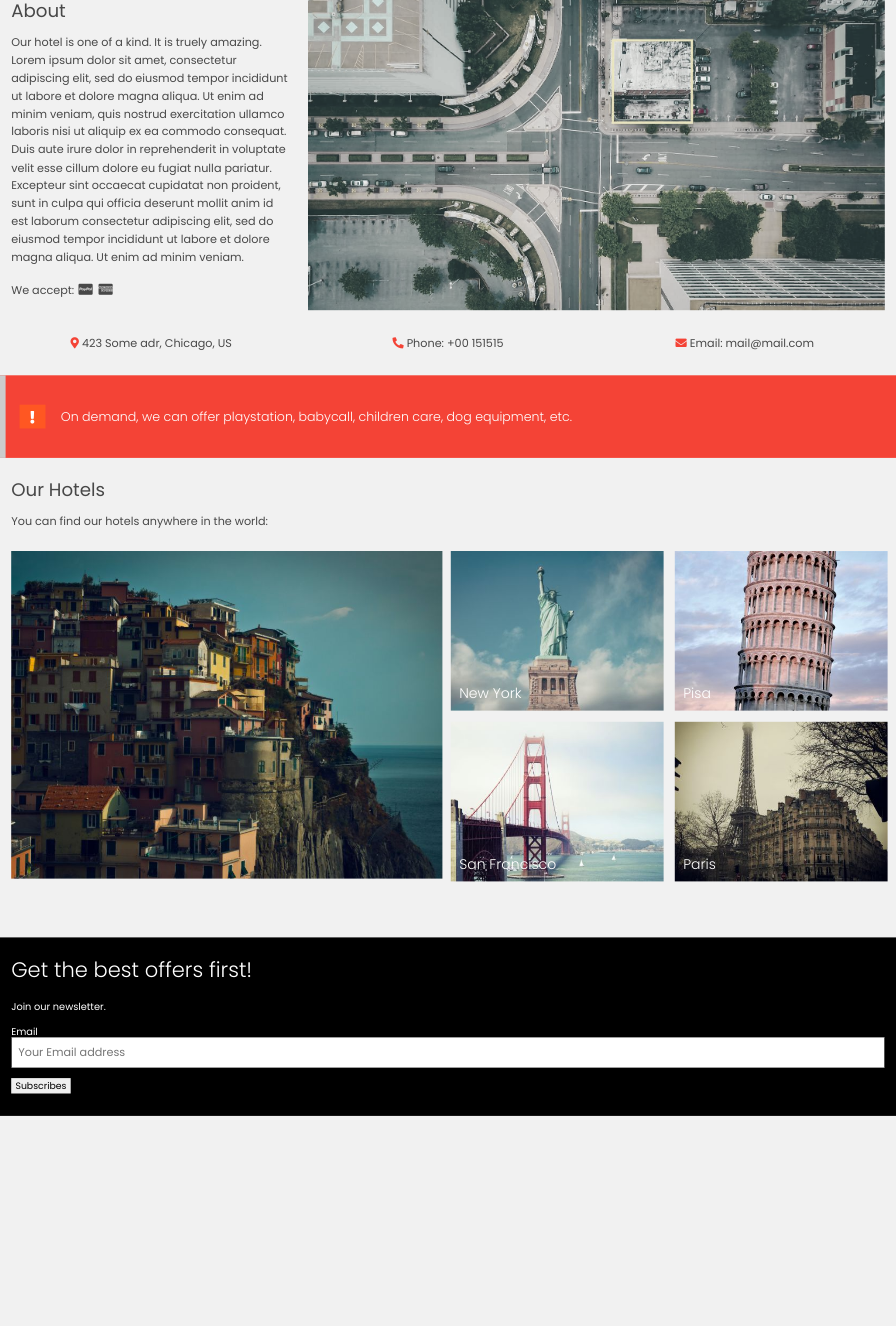
Repository: phamhuuloc/Travel_Template
Page: index.html
These files come from the project's save history. The page is drawn as it stood at one moment and after the next save; the edit follows.
The browser window is 1280 px wide. The pictures show the part of the page from y = 1573 to 3493 px (the page is 3467 px tall before and 3493 px after), at 70% of full size.
The style sheet was rebuilt from its Sass, Less or Tailwind sources for each picture, by a compiler version that may differ from the author's.

Above is the page before, as saved 2021-09-18 16:17:56.

### index.html
<!DOCTYPE html>
<html lang="en">
  <head>
    <meta charset="UTF-8" />
    <meta http-equiv="X-UA-Compatible" content="IE=edge" />
    <meta name="viewport" content="width=device-width, initial-scale=1.0" />
    <title>Document</title>
    <!-- FONT AWESOME -->
    <link
      rel="stylesheet"
      href="https://cdnjs.cloudflare.com/ajax/libs/font-awesome/5.15.4/css/all.min.css"
      integrity="sha512-1ycn6IcaQQ40/MKBW2W4Rhis/DbILU74C1vSrLJxCq57o941Ym01SwNsOMqvEBFlcgUa6xLiPY/NS5R+E6ztJQ=="
      crossorigin="anonymous"
      referrerpolicy="no-referrer"
    />
    <!-- GOOGLE FONT -->
    <link
      href="https://fonts.googleapis.com/css2?family=Poppins:wght@50;300;400&display=swap"
      rel="stylesheet"
    />
    <!-- CSS -->
    <link rel="stylesheet" href="./assets/resets.css" />
    <link rel="stylesheet" href="./assets/grid.css" />
    <link rel="stylesheet" href="./assets/main.css" />
  </head>
  <body>
    <div class="grids">
      <header class="header">
        <div class="logo">
          <i class="fas fa-bed logo__icon"></i>
          Logo
        </div>
        <div class="header__menu">
          <ul class="header__menu-list">
            <li class="header__menu-item">Rooms</li>
            <li class="header__menu-item">About</li>
            <li class="header__menu-item">Contact</li>
          </ul>
          <button class="btn book-btn">Book Nows</button>
        </div>
      </header>
      <section class="intro">
        <img src="./assets/img/hotel.jpg" alt="" class="intro__img" />
        <form class="form-login">
          <div class="form-login__heading">
            <i class="fas fa-bed logo__icon intro-icon"></i>
            <h2 class="form-login__name">Hotel name</h2>
          </div>
          <div class="form-container">
            <div class="row">
              <div class="form__item col l-6">
                <label class="form__item-category">
                  <i class="far fa-calendar form__item-icon"></i>
                  Check Ins
                </label>
                <input
                  type="text"
                  class="form__item-input"
                  placeholder="DD MM YY"
                />
              </div>
              <div class="form__item col l-6">
                <label class="form__item-category">
                  <i class="far fa-calendar form__item-icon"></i>
                  Check Out
                </label>
                <input
                  type="text"
                  class="form__item-input"
                  placeholder="DD MM YY"
                />
              </div>
            </div>
            <div class="row">
              <div class="form__item col l-6">
                <label class="form__item-category">
                  <i class="fas fa-male form__item-icon"></i>
                  Adults
                </label>
                <input
                  type="number"
                  value="1"
                  min="1"
                  max="6"
                  class="form__item-input"
                />
              </div>
              <div class="form__item col l-6">
                <label class="form__item-category">
                  <i class="fas fa-child form__item-icon"></i>
                  Kids
                </label>
                <input
                  type="number"
                  value="0"
                  min="0"
                  max="6"
                  class="form__item-input"
                />
              </div>
            </div>
            <button class="search-btn">
              <i class="fas fa-search search-icon"></i>Search availability
            </button>
          </div>
        </form>
      </section>

      <section class="option-room">
        <div class="option-container">
          <h3 class="option-container__title">Rooms</h3>
          <span class="option-container__desc"
            >Make yourself at home is our slogan. We offer the best beds in the
            industry. Sleep well and rest well.</span
          >
          <!-- FORM LOGIN  -->
          <div class="form-container option-container__form">
            <div class="row">
              <div class="form__item col l-3">
                <label class="form__item-category">
                  <i class="far fa-calendar form__item-icon"></i>
                  Check Ins
                </label>
                <input
                  type="text"
                  class="form__item-input"
                  placeholder="DD MM YY"
                />
              </div>
              <div class="form__item col l-3">
                <label class="form__item-category">
                  <i class="far fa-calendar form__item-icon"></i>
                  Check Out
                </label>
                <input
                  type="text"
                  class="form__item-input"
                  placeholder="DD MM YY"
                />
              </div>
              <div class="form__item col l-2">
                <label class="form__item-category">
                  <i class="fas fa-male form__item-icon"></i>
                  Adults
                </label>
                <input
                  type="number"
                  value="1"
                  min="1"
                  max="6"
                  class="form__item-input"
                />
              </div>
              <div class="form__item col l-2">
                <label class="form__item-category">
                  <i class="fas fa-child form__item-icon"></i>
                  Kids
                </label>
                <input
                  type="number"
                  value="0"
                  min="0"
                  max="6"
                  class="form__item-input"
                />
              </div>
              <!-- BUTTON F0RM LOGIN -->
              <div class="form__item col l-2">
                <label class="form__item-category">
                  <i class="fas fa-search"></i> Search</label
                >
                <button class="search-btn search-btn--full">Search</button>
              </div>
            </div>
          </div>
          <div class="category-room">
            <ul class="category-room__list row">
              <li class="category-room__item col l-4">
                <img
                  src="./assets/img/room_single.jpg"
                  alt=""
                  class="category-room__img"
                />
                <div class="category-room__details">
                  <h3 class="category-room__title">Single Room</h3>
                  <span class="category-room__price">From $99</span>
                  <span class="category-room__charac">Single bed</span>
                  <span class="category-room__area">15m<sup>2</sup></span>
                  <span class="category-room__function">
                    <i class="fas fa-phone-alt"></i>
                    <i class="fas fa-wifi"></i>
                    <i class="fas fa-tv"></i>
                    <i class="fas fa-bath"></i>
                  </span>
                  <button class="btn btn-choose">Choose Room</button>
                </div>
              </li>
              <li class="category-room__item col l-4">
                <img
                  src="./assets/img/room_double.jpg"
                  alt=""
                  class="category-room__img"
                />
                <div class="category-room__details">
                  <h3 class="category-room__title">Double Room</h3>
                  <span class="category-room__price">From $99</span>
                  <span class="category-room__charac">Single bed</span>
                  <span class="category-room__area">25m<sup>2</sup></span>
                  <span class="category-room__function">
                    <i class="fas fa-phone-alt"></i>
                    <i class="fas fa-wifi"></i>
                    <i class="fas fa-tv"></i>
                    <i class="fas fa-bath"></i>
                  </span>
                  <button class="btn btn-choose">Choose Room</button>
                </div>
              </li>
              <li class="category-room__item col l-4">
                <img
                  src="./assets/img/room_deluxe.jpg"
                  alt=""
                  class="category-room__img"
                />
                <div class="category-room__details">
                  <h3 class="category-room__title">Deluxe Room</h3>
                  <span class="category-room__price">From $99</span>
                  <span class="category-room__charac">Single bed</span>
                  <span class="category-room__area">40m<sup>2</sup></span>
                  <span class="category-room__function">
                    <i class="fas fa-phone-alt"></i>
                    <i class="fas fa-wifi"></i>
                    <i class="fas fa-tv"></i>
                    <i class="fas fa-bath"></i>
                  </span>
                  <button class="btn btn-choose">Choose Room</button>
                </div>
              </li>
            </ul>
          </div>
        </div>
      </section>
      <section class="local">
        <div class="row">
          <div class="local__container col l-4">
            <h4 class="local__title">About</h4>
            <p class="local__detail">
              Our hotel is one of a kind. It is truely amazing. Lorem ipsum
              dolor sit amet, consectetur adipiscing elit, sed do eiusmod tempor
              incididunt ut labore et dolore magna aliqua. Ut enim ad minim
              veniam, quis nostrud exercitation ullamco laboris nisi ut aliquip
              ex ea commodo consequat. Duis aute irure dolor in reprehenderit in
              voluptate velit esse cillum dolore eu fugiat nulla pariatur.
              Excepteur sint occaecat cupidatat non proident, sunt in culpa qui
              officia deserunt mollit anim id est laborum consectetur adipiscing
              elit, sed do eiusmod tempor incididunt ut labore et dolore magna
              aliqua. Ut enim ad minim veniam.
            </p>
            <p class="local__payment-methods">
              We accept:
              <i class="fab fa-cc-paypal local__payment-icon"></i>
              <i class="fab fa-cc-amex local__payment-icon"></i>
            </p>
          </div>
          <img src="./assets/img/map.jpg" alt="" class="col l-8 local__img" />
        </div>
        <div class="local__contact row">
          <div class="local__contact-item col l-4">
            <i class="fas fa-map-marker-alt local__contact-icon"></i>
            423 Some adr, Chicago, US
          </div>
          <div class="local__contact-item col l-4">
            <i class="fas fa-phone-alt local__contact-icon"></i>
            Phone: +00 151515
          </div>
          <div class="local__contact-item col l-4">
            <i class="fas fa-envelope local__contact-icon"></i>
            Email: mail@mail.com
          </div>
        </div>
      </section>
      <div class="demand">
        <i class="fas fa-exclamation demand__icon"></i>
        <p class="demand__desc">
          On demand, we can offer playstation, babycall, children care, dog
          equipment, etc.
        </p>
      </div>
      <section class="our-hotels">
        <h3 class="our-hotels__title">Our Hotels</h3>
        <p class="our-hotels__desc">
          You can find our hotels anywhere in the world:
        </p>
        <div class="row sm-gutter">
          <div class="col l-6">
            <img
              src="./assets/img/cinqueterre.jpg"
              alt=""
              class="our-hotel__img"
            />
          </div>
          <div class="col l-6">
            <div class="our-hotel__extend">
              <div class="row our-hotels__extend-item">
                <div class="our-hotels__container col l-6">
                  <img src="./assets/img/newyork2.jpg" alt="" class="" />
                  <span class="our-hotels__container-name">New York</span>
                </div>
                <div class="our-hotels__container col l-6">
                  <img src="./assets/img/pisa.jpg" alt="" class="" />
                  <span class="our-hotels__container-name">Pisa</span>
                </div>
              </div>
              <div class="row our-hotels__extend-item">
                <div class="our-hotels__container col l-6">
                  <img src="./assets/img/sanfran.jpg" alt="" class="" />
                  <span class="our-hotels__container-name">San Francisco</span>
                </div>
                <div class="our-hotels__container col l-6">
                  <img src="./assets/img/paris.jpg" alt="" class="" />
                  <span class="our-hotels__container-name">Paris</span>
                </div>
              </div>
            </div>
          </div>
        </div>
      </section>
      <section class="offers">
        <h3 class="offers__title">Get the best offers first!</h3>
        <p class="offers__desc">Join our newsletter.</p>
        <label for="" class="offers__email">Email</label>
        <input
          type="text"
          class="offers__input"
          placeholder="Your Email address"
        />
        <button type="button" class="btn btn-subs">Subscribes</button>
      </section>
    </div>
  </body>
</html>

### assets/main.scss
$primary-color: #f44336;
$secondary-color: #0000;
$text-color: #484848;
$hover-color: #ccc;

@mixin flex($align: center, $justify: space-between) {
  display: flex;
  align-items: $align;
  justify-content: $justify;
}
* {
  box-sizing: border-box;
}
html {
  font-size: 62.5%;
}
body {
  background-color: #f1f1f1;
  font-family: "Poppins", sans-serif;
  margin-bottom: 30rem;
}
ul {
  list-style: none;
}
img {
  display: block;
  width: 100%;
}
a {
  text-decoration: none;
}
sup {
  font-size: 75%;
  position: relative;
  line-height: 0;
  top: -0.5em;
  vertical-align: baseline;
}
.btn {
  display: inline-block;
  font-family: "Poppins", sans-serif;
  @include flex(center, center);
  height: inherit;
  outline: none;
  cursor: pointer;
  border: 0;
}
.btn:hover {
  background-color: $hover-color;
  color: #000;
}

//HEADER
.header {
  display: flex;
  align-items: center;
  height: 4.4rem;
  background-color: white;
  font-size: 2rem;

  .logo {
    background-color: $primary-color;
    height: 100%;
    cursor: pointer;
    color: white;
    @include flex();
    padding: 1.4rem 1.8rem;

    &__icon {
      margin-right: 2rem;
    }
  }
  .logo:hover {
    background-color: $hover-color;
    color: $text-color;
  }
  &__menu {
    display: flex;
    @include flex();
    height: 100%;
    width: 100%;
    &-list {
      @include flex();
      height: 100%;
    }
    &-item {
      @include flex();
      padding: 0 2rem;
      height: 100%;
      cursor: pointer;
      color: $text-color;
      &:hover {
        background-color: #ccc;
      }
    }
  }
  .book-btn {
    background-color: #f1f1f1;
    padding: 1.4rem 1.6rem;
    color: $text-color;
    font-size: 2rem;
  }
  .book-btn:hover {
    background-color: #ccc;
    cursor: pointer;
  }
}
// SECTION INTRO
.intro {
  position: relative;
  margin-bottom: 3.8rem;
  &-icon {
    padding: 0 1.8rem;
  }
  .form-login {
    width: 64.4rem;
    position: absolute;
    top: 50%;
    left: 2rem;
    background-color: #fff;
    transform: translateY(-50%);

    &__heading {
      display: flex;
      align-items: center;

      width: 100%;
      height: 6.4rem;
      background-color: $primary-color;
      color: white;
      font-size: 3rem;
    }
  }
}
.form-container {
  padding: 1.6rem;
  .search-btn {
    font-family: "Poppins", sans-serif;
    padding: 1rem 1.6rem;
    margin-top: 8px;
    border: 0;

    outline: none;
    cursor: pointer;

    background-color: #616161;
    font-size: 1.5rem;
    color: white;
  }
  .search-btn--full {
    width: 100%;
    margin: 0;
    background-color: #000;
    color: white;
    padding: 6px 0;
  }
  .search-btn:hover {
    background-color: #ccc;
    color: $text-color;
  }
  .search-icon {
    padding-right: 2rem;
  }
}
.form__item {
  display: flex;
  flex-direction: column;
  margin-bottom: 1.6rem;
  &-category {
    font-size: 1.6rem;
    margin-bottom: 4px;
    color: $text-color;
  }
  &-input {
    padding: 1rem;
    border: 1px solid #dedede;
  }
}
.option-container {
  padding: 1.6rem;
  margin-bottom: 2rem;
  &__title {
    font-size: 2.2rem;
    margin-bottom: 3rem;
    color: $text-color;
  }
  &__desc {
    display: block;
    font-size: 1.6rem;
    margin-bottom: 2rem;
    color: $text-color;
  }
  &__form {
    padding: 1.6rem 0;
  }
}
.category-room {
  &__details {
    padding: 1.8rem;
    display: flex;
    flex-direction: column;
    background-color: white;
  }
  &__title {
    font-size: 2.6rem;
    margin-bottom: 2rem;
    color: #484848;
  }
  &__price {
    font-size: 1.6rem;
    color: #999;
    margin-bottom: 2rem;
  }
  &__charac {
    font-size: 1.4rem;
    margin-bottom: 2rem;
  }
  &__area {
    font-size: 1.6rem;
    margin-bottom: 2.8rem;
  }
  &__function {
    font-size: 1.4rem;
    margin-bottom: 2rem;
  }
  .btn-choose {
    padding: 1.2rem 0;
    background-color: #000;
    color: white;
    font-size: 1.4rem;
  }
  .btn-choose:hover {
    background-color: $hover-color;
    color: $text-color;
  }
}
.local {
  padding: 0 1.6rem;
  &__title {
    font-size: 2.6rem;
    margin-top: 2.2rem;
    margin-bottom: 2rem;
    color: $text-color;
  }
  &__detail {
    font-size: 1.6rem;
    line-height: 1.6;
    margin-bottom: 2.4rem;
    color: $text-color;
  }
  &__payment-methods {
    font-size: 1.6rem;
    color: $text-color;
  }
  &__payment-icon {
    font-size: 1.8rem;
    margin: 0 2px;
  }
  &__img {
    filter: grayscale(75%);
  }
  &__contact {
    padding: 3.8rem 0;
    &-icon {
      color: $primary-color;
      font-size: 1.6rem;
    }
    &-item {
      text-align: center;
      font-size: 1.6rem;
      color: $text-color;
    }
  }
}
.demand {
  padding: 4.2rem 0 4.2rem 2rem;
  background-color: $primary-color;
  border-left: 8px solid #ccc;
  @include flex(center, none);
  margin-bottom: 3.2rem;
  &__icon {
    color: white;
    font-size: 1.8rem;
    padding: 8px 15px;
    background-color: #ff5722;
    margin-right: 2.2rem;
  }
  &__desc {
    font-size: 1.8rem;
    color: white;
    font-weight: 350;
  }
}
.our-hotels {
  padding: 0 1.6rem;
  margin-bottom: 6.4rem;
  &__title {
    font-size: 2.6rem;
    color: $text-color;
    margin-bottom: 2.5rem;
  }
  &__desc {
    display: block;
    margin-bottom: 3.4rem;
    color: $text-color;
    font-size: 1.6rem;
  }
  &__extend {
    &-item {
      margin-bottom: 16px;
    }
  }
  &__container {
    position: relative;
    &-name {
      position: absolute;
      left: 0;
      bottom: 0;

      padding: 1.5rem 2rem;
      font-size: 2rem;
      font-weight: 350;
      color: white;
    }
  }
}
.offers {
  background-color: #000;
  padding: 3.2rem 1.6rem;
  // display: flex;
  // flex-direction: column;
  &__title {
    color: white;
    font-size: 3rem;
    font-weight: 350;
    margin-bottom: 3rem;
  }
  &__desc {
    color: white;
    font-size: 1.4rem;
    margin-bottom: 2.2rem;
  }
  &__email {
    color: white;
    font-size: 1.4rem;
  }
  &__input {
    font-family: "Poppins", sans-serif;
    display: block;
    width: 100%;
    padding: 8px;
    font-size: 1.6rem;
    margin-bottom: 1.4rem;
  }
  .btn-subs {
    display: inline-block;
  }
}

Loaded but not shown: assets/resets.css (common file); assets/grid.css (430 lines, source omitted)

After the next save:
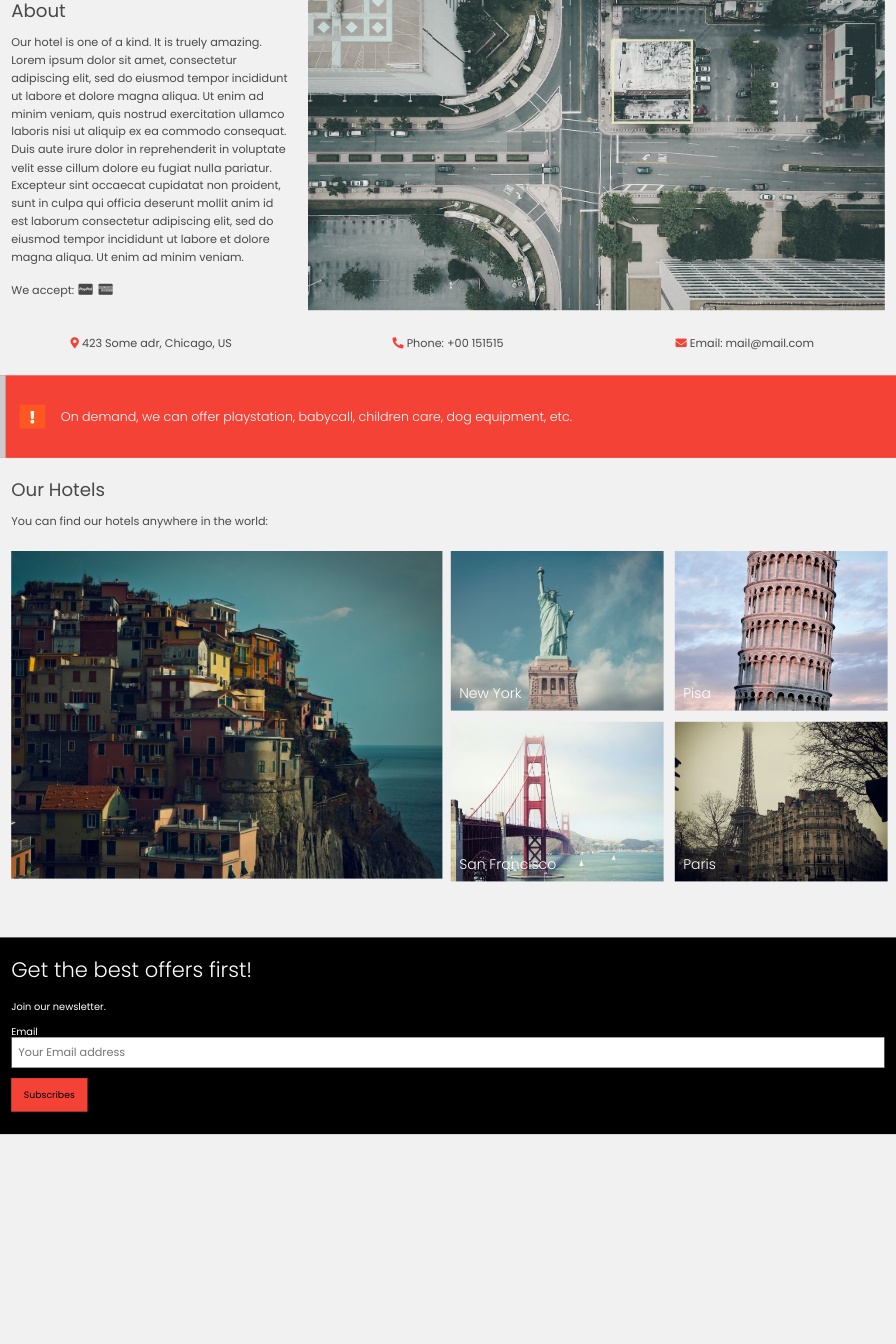
Saved 58 s later.
--- a/assets/main.scss
+++ b/assets/main.scss
@@ -353,6 +353,7 @@ sup {
     margin-bottom: 1.4rem;
   }
   .btn-subs {
-    display: inline-block;
-  }
-}
+    background-color: $primary-color;
+    padding: 1.4rem 1.8rem;
+  }
+}
